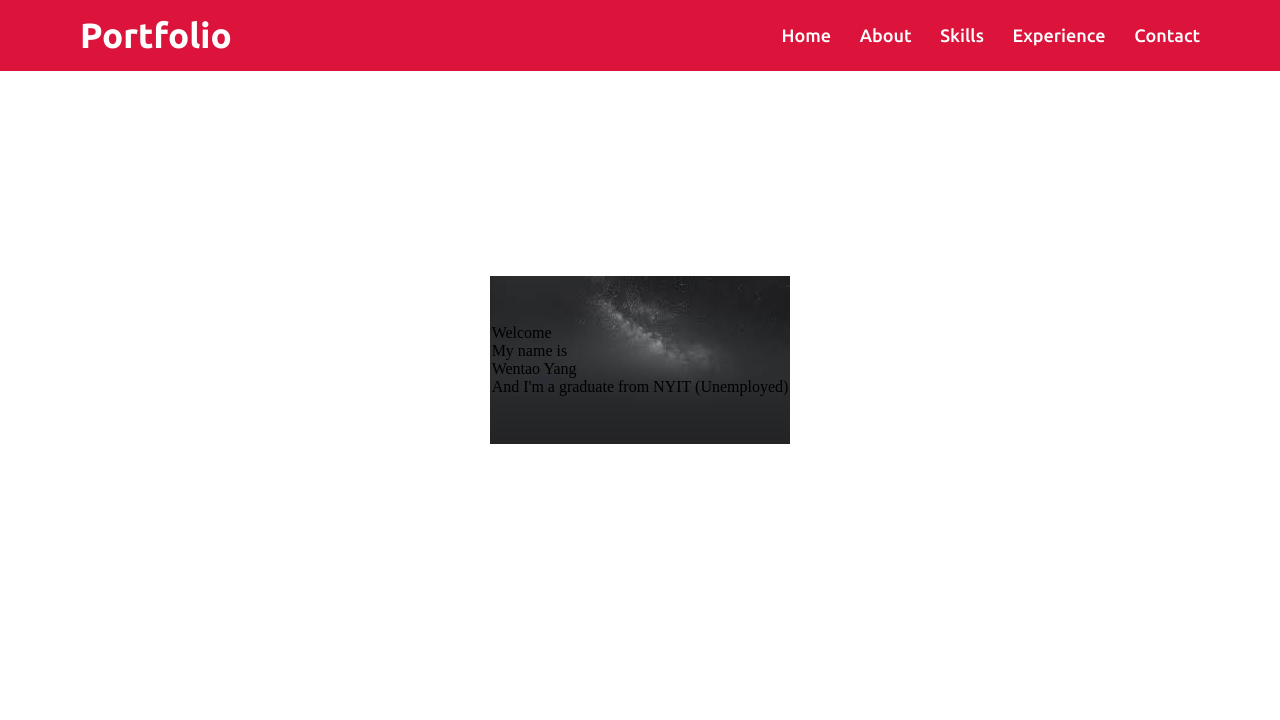
Repository: wyang08/wyang08.github.io
Page: index.html
These files come from the project's save history. The page is drawn as it stood at one moment and after the next save; the edit follows.
The browser window is 1280 px wide. The pictures show the whole page.

Above is the page before, as saved 2021-07-02 14:51:52.

### index.html
<!DOCTYPE html>
<html lang="en">
<head>
    <meta charset="UTF-8">
    <meta name="viewport" content="width=divice-width, initial-scale=1.0">
    <title>Personal Porfolio Website</title>
    <link rel="stylesheet" href="style.css">
    <script src="https://kit.fontawesome.cm/a076d05399.js"></script>
</head>

<body>
    <nav class="navbar">
        <div class="max-width">

            <div class="logo"><a href="#">Portfo<span>lio</span></a></div>

            <ul class="menu">
                <li><a href="#">Home</a></li>
                <li><a href="#">About</a></li>
                <li><a href="#">Skills</a></li>
                <li><a href="#">Experience</a></li>
                <li><a href="#">Contact</a></li>
            </ul>

        </div>


    </nav>

    <!-- 内容 -->
    <section class="home" id="home">
        <div class="max-width">
            <div class="home-content">
                <div class="text-1">Welcome</div>
                <div class="text-2">My name is</div>
                <div class="text-3">Wentao Yang</div>
                <div class="text-4">And I'm a graduate from NYIT <span>(Unemployed)</span></div>
            </div>
        </div>
    </section>


</body>


</html>

### style.css
@import url('https://fonts.googleapis.com/css2?family=Poppins:wght@400;500;600;700&family=Ubuntu:wght@400;500;700&display=swap');

*{
    margin: 0;
    padding: 0;
    box-sizing: border-box;
    text-decoration: none;

}

/* navbar styling */
.navbar{
    position: fixed;
    width: 100%;
    padding: 15px 0;
    background: crimson;
    font-family: 'Ubuntu', sans-serif;
}


.navbar .menu li a{
    color: white;
    font-size: 18px;
    font-weight: 500;
    margin-left: 25px;
}

/* 标题大小 */
.navbar .logo a{
    color: white;
    font-size: 35px;
    font-weight: 600;
}

/* Subtitle display style */
.navbar .menu li{
    list-style-type: none;
    display: inline-block;
}

.navbar .max-width{
    display: flex;
    align-items: center;
    justify-content: space-between;
}

.max-width{
    max-width: 1300px;
    padding: 0 80px;
    margin: auto;
}

/* 内容 */
.home{
    display: flex;
    background: white no repeat center;
    height: 100vh;
    background: url("images/black_content.jpg") no-repeat center;
    min-height: 500px;
}

After the next save:
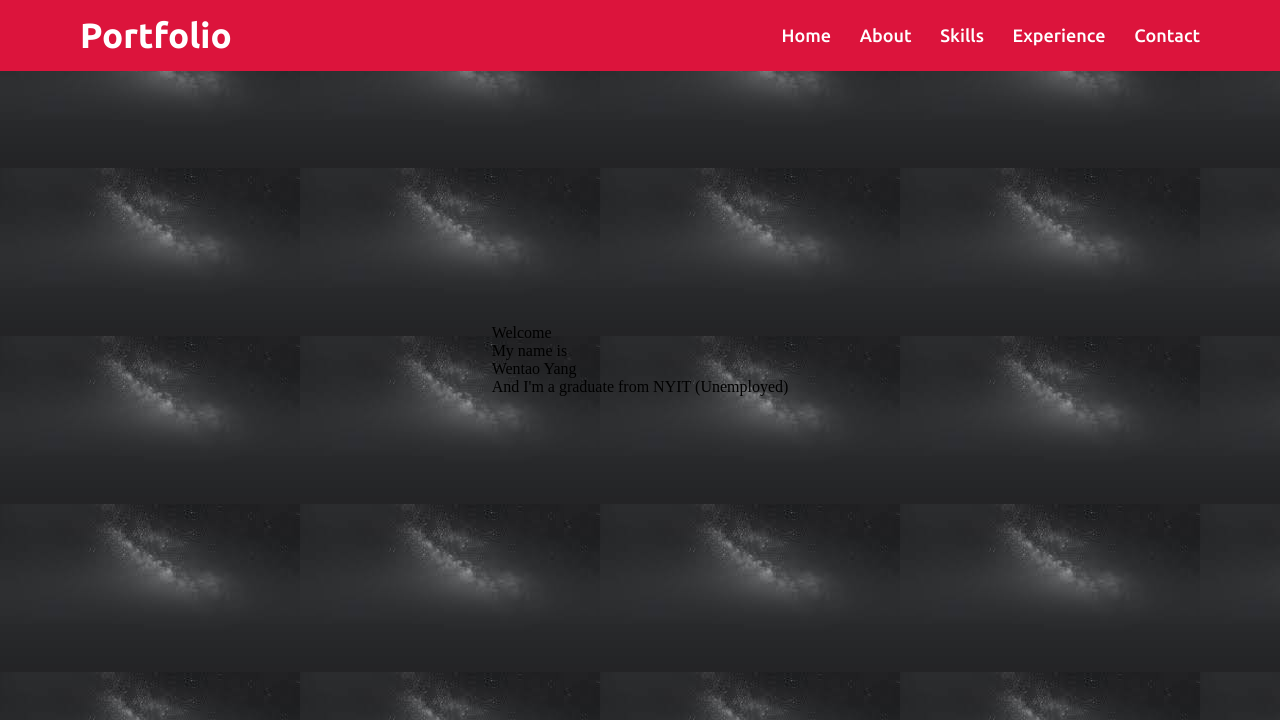
Saved 48 s later.
--- a/style.css
+++ b/style.css
@@ -53,8 +53,8 @@
 /* 内容 */
 .home{
     display: flex;
-    background: white no repeat center;
+    background: white;
     height: 100vh;
-    background: url("images/black_content.jpg") no-repeat center;
+    background: url("images/black_content.jpg");
     min-height: 500px;
 }

After the save that followed:
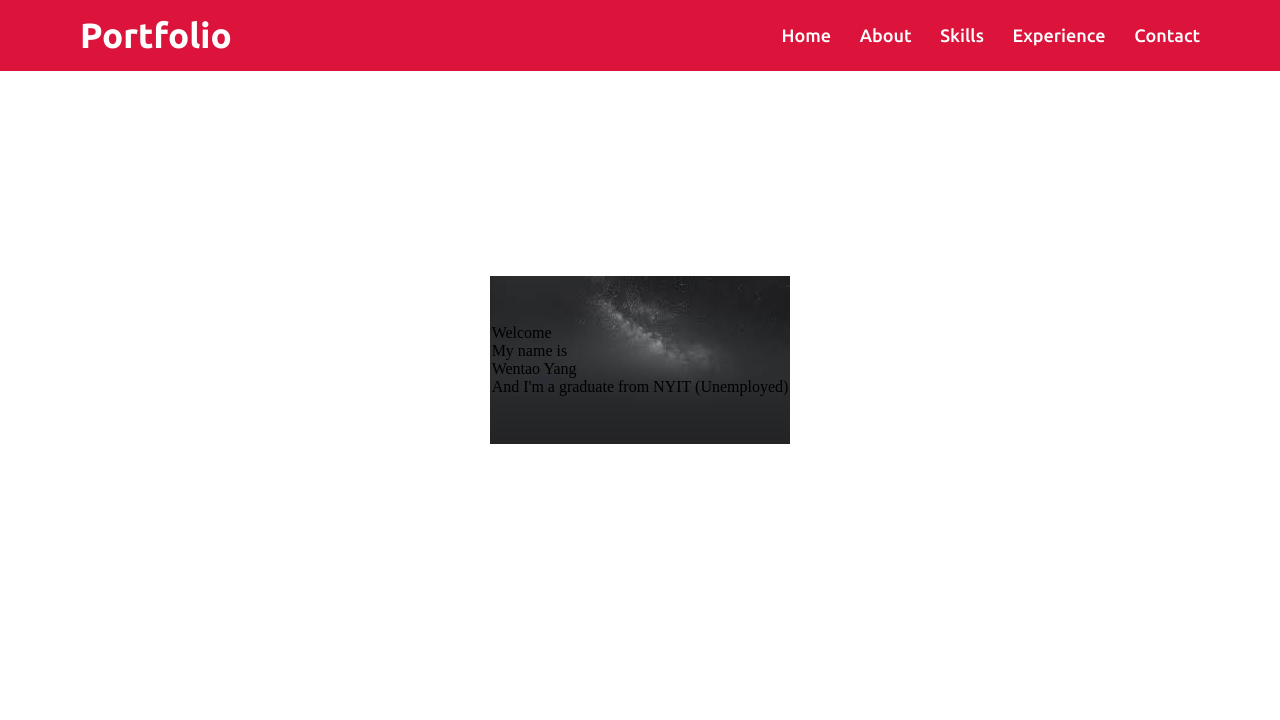
Saved 10 s later.
--- a/style.css
+++ b/style.css
@@ -55,6 +55,6 @@
     display: flex;
     background: white;
     height: 100vh;
-    background: url("images/black_content.jpg");
+    background: url("images/black_content.jpg") no-repeat center;
     min-height: 500px;
 }
